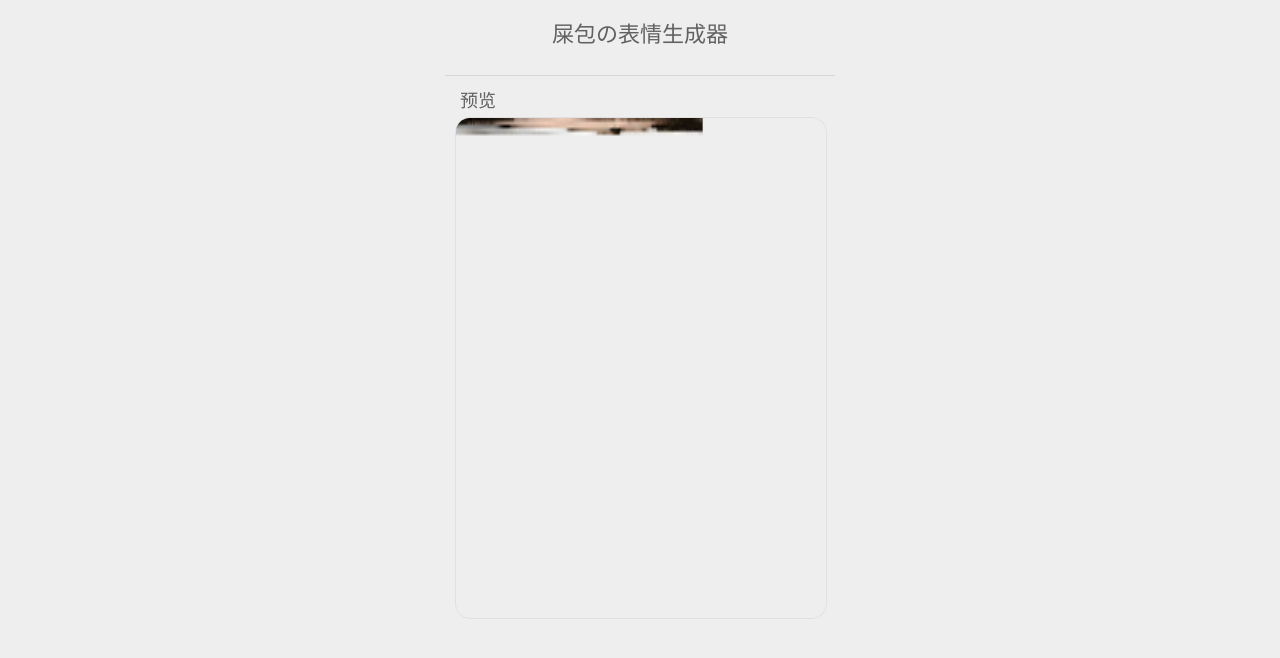
Repository: long-zuyang/shibao
Page: /
The author's editor kept a copy of each file at every save. The page is drawn from the files as they stood at one save, then again after the next save.
The browser window is 1280 px wide. The pictures show the whole page.
The project was rebuilt for these pictures with package versions that can differ from the ones it lists, and the page was loaded fresh each time. Also part of the build but not shown: vite.config.ts.

Above is the page before, as saved 2023-06-29 21:21:40.

After the next save:
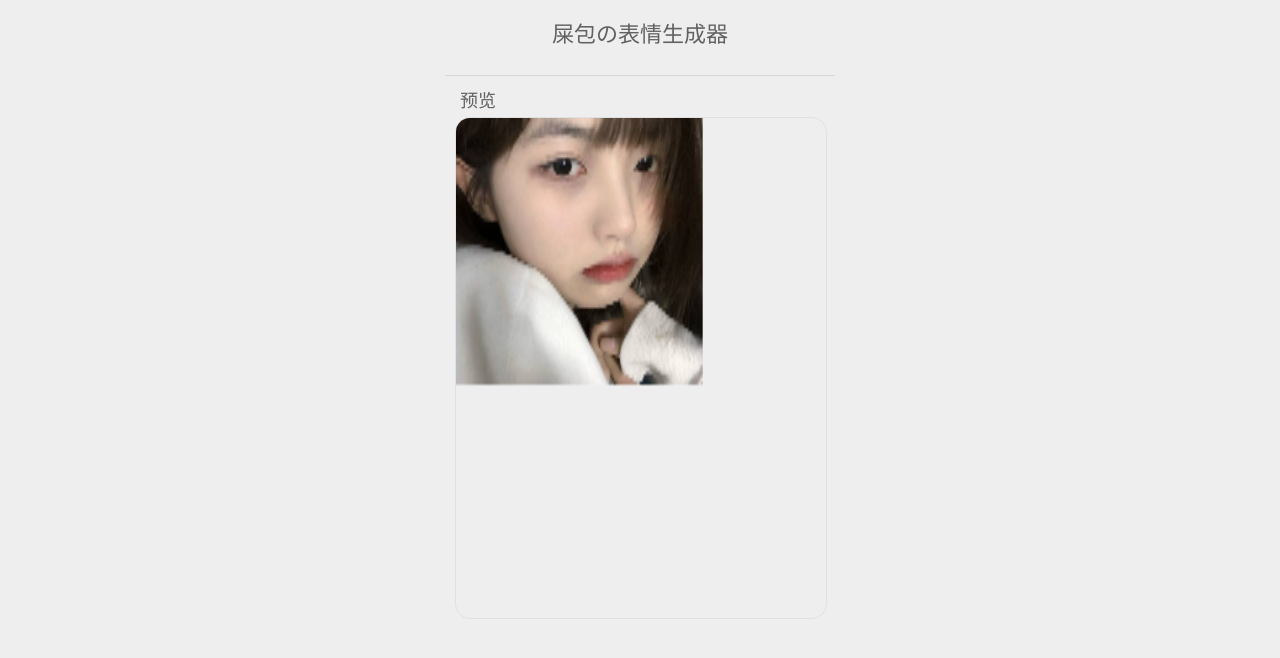
Saved 5 s later.
--- a/src/components/CanvasDraw.tsx
+++ b/src/components/CanvasDraw.tsx
@@ -21,7 +21,7 @@ function CanvasDrow() {
     img.onload = () => {
       const height = 100;
       const width = 300;
-      ctx?.drawImage(img, 0, 0, 200, 5);
+      ctx?.drawImage(img, 0, 0, 200, 80);
     };
   }, []);
   // if (!canvasRef.current) {
